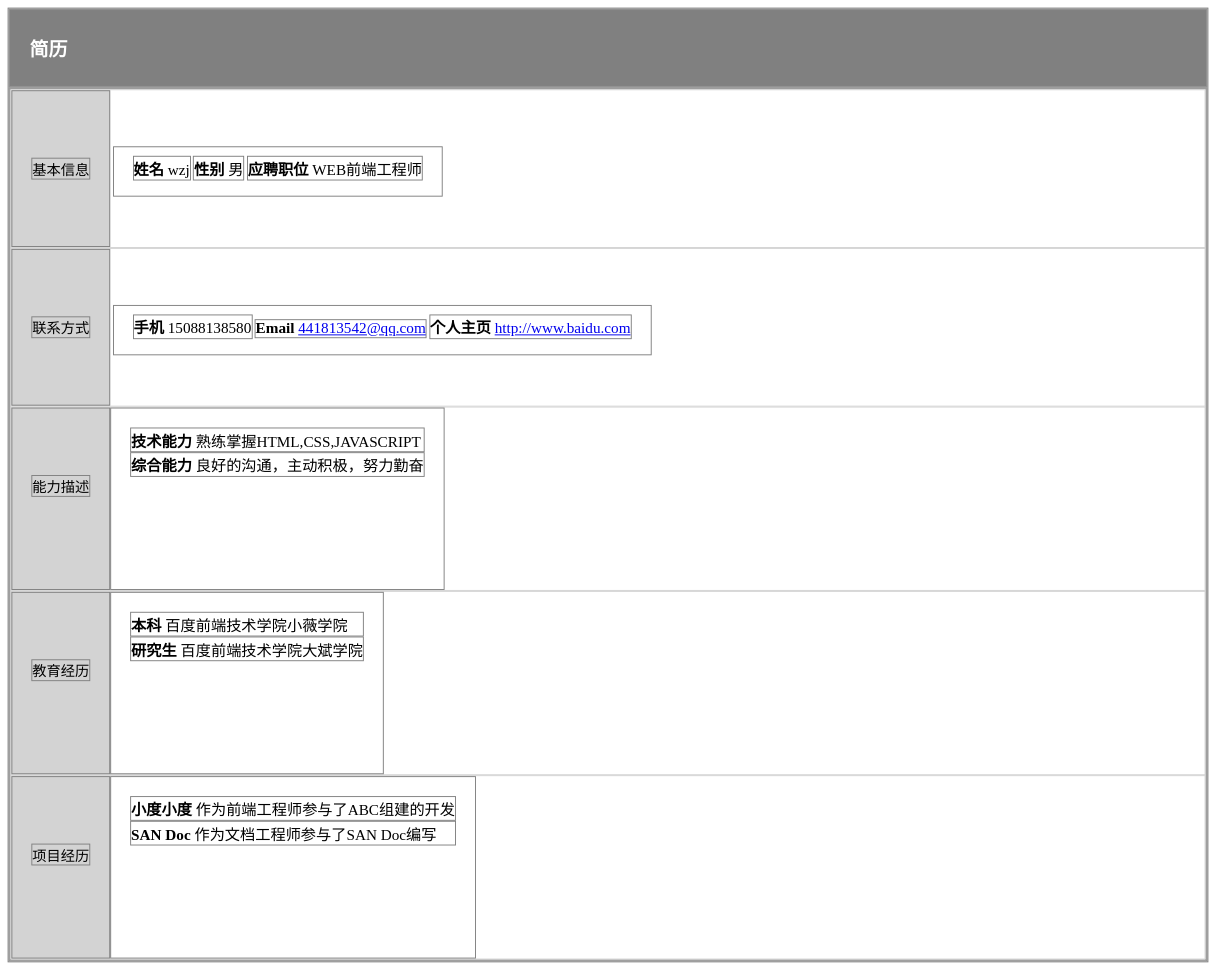
Repository: w441813542/webrecord
Page: day6_day7/jianli.html
These files come from the project's save history. The page is drawn as it stood at one moment and after the next save; the edit follows.
The browser window is 1280 px wide. The pictures show the whole page, at 95% of full size.

Above is the page before, as saved 2021-03-09 15:15:42.

### day6_day7/jianli.html
<!DOCTYPE html>
<html>

<head>
  <!-- <link rel="stylesheet" type="text/css" href="style_1.css" /> -->
  <!-- <link rel="stylesheet" type="text/css" href="style_2.css" /> -->
  <link rel="stylesheet" type="text/css" href="style_3.css" />
</head>

<body>
  <div class="box">
    <div class="left">
      <div class="caption">简历</div>
    </div>
    <div class="right">
      <div>
        <!-- <tr>
          <th rowspan="15" class="caption" align="center" valign="top">简历</th>
        </tr> -->
        <div class="part">
          <div class="part_left">
            <div class="th">基本信息</div>
          </div>
          <div class="part_right">
            <div class="td"><span>姓名</span> wzj</div>
            <div class="td"><span>性别</span> 男</div>
            <div class="td"><span>应聘职位</span> WEB前端工程师</div>
          </div>
        </div>
        <div class="part">
          <div class="part_left">
            <div class="th">联系方式</div>
          </div>
          <div class="part_right">
            <div class="td"><span>手机</span> 15088138580</div>
            <div class="td"><span>Email</span> <a href="mailto:441813542@qq.com">441813542@qq.com</a></div>
            <div class="td"><span>个人主页</span> <a href="http://www.baidu.com">http://www.baidu.com</a></div>
          </div>
        </div>
        <div class="part flex">
          <div class="part_left">
            <div class="th">能力描述</div>
          </div>
          <div class="part_right">
            <div class="td msgtd block"><span>技术能力</span> 熟练掌握HTML,CSS,JAVASCRIPT</div>
            <div class="td msgtd block"><span>综合能力</span> 良好的沟通，主动积极，努力勤奋</div>
          </div>
        </div>
        <div class="part flex">
          <div class="part_left">
            <div class="th">教育经历</div>
          </div>
          <div class="part_right">
            <div class="td msgtd block"><span>本科</span> 百度前端技术学院小薇学院</div>
            <div class="td msgtd block"><span>研究生</span> 百度前端技术学院大斌学院</div>
          </div>
        </div>
        <div class="part flex">
          <div class="part_left">
            <div class="th">项目经历</div>
          </div>
          <div class="part_right">
            <div class="td msgtd block"><span>小度小度</span> 作为前端工程师参与了ABC组建的开发</div>
            <div class="td msgtd block"><span>SAN Doc</span> 作为文档工程师参与了SAN Doc编写</div>
          </div>
        </div>
      </div>

    </div>
  </div>
</body>

</html>

### day6_day7/style_3.css
html {
    font-size: 10px;
  }

  div{
    border: 1px solid gray;
  }

  .td {
    font-size: 1.6em;
    display: inline-block;
  }

  .th {
    font-size: 1.5em;
    display: inline-block;
  }

  .caption {
    font-size: 2em;
    font-weight: bold;
    color: white;
    text-align: left;
    background: gray;
    padding-top: 25px;
    padding-left: 20px;
    padding-bottom: 25px;
  }

 .part{
   display: block;
   border: 1px solid lightgray;
 }

  .part_left{
    display: inline-block;
    padding-top: 70px;
    padding-bottom: 70px;
    padding-left: 20px;
    padding-right: 20px;
    background: lightgray;
  }

  .part_right{
    display: inline;
    height: 150px;
    padding: 20px;
  }

  span {
    font-weight: bold;
  }

  .box{
      display: block;
  }

  .flex{
    display: flex;
  }

  .block{
    display: block;
  }

After the next save:
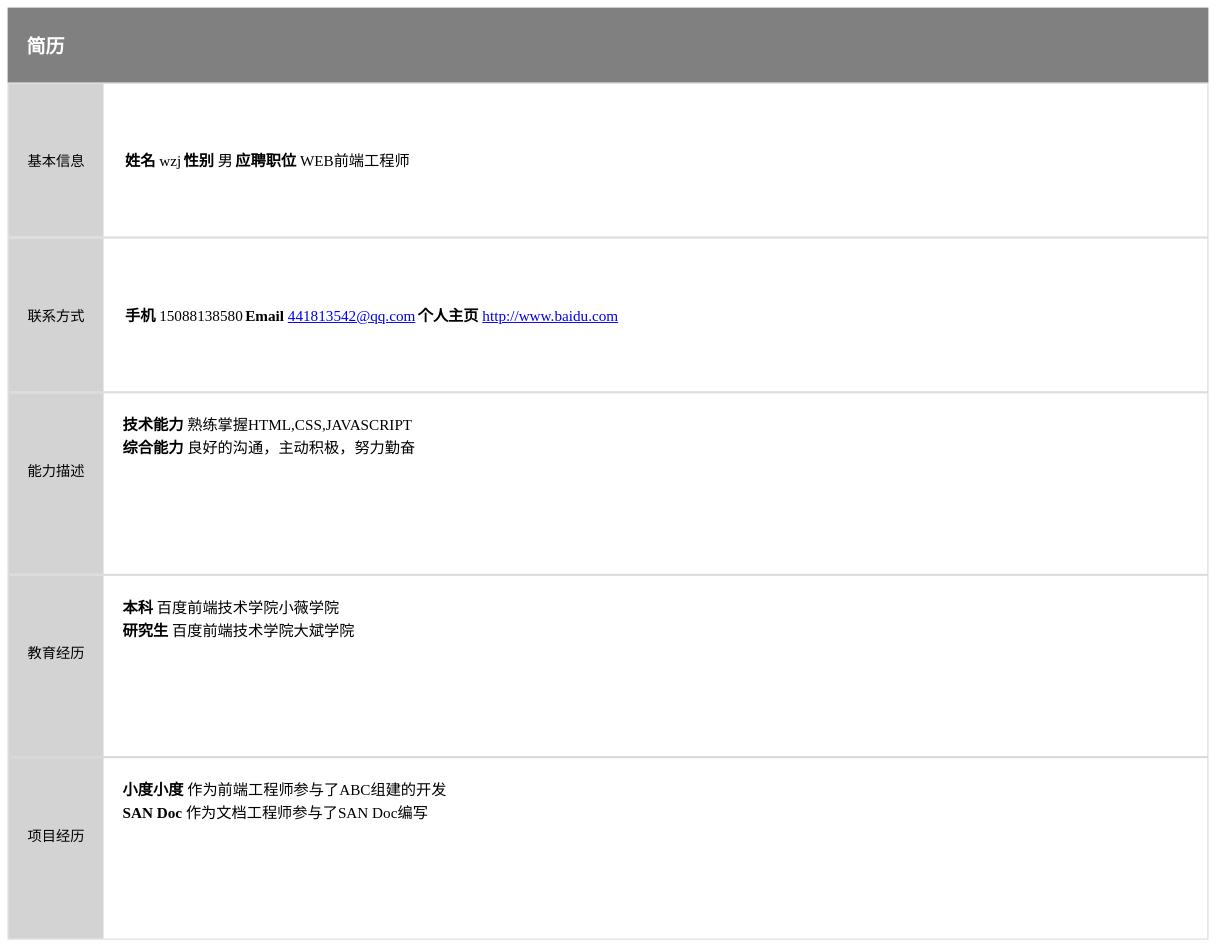
Saved 60 s later.
--- a/day6_day7/style_3.css
+++ b/day6_day7/style_3.css
@@ -2,9 +2,9 @@ html {
     font-size: 10px;
   }
 
-  div{
+  /* div{
     border: 1px solid gray;
-  }
+  } */
 
   .td {
     font-size: 1.6em;
